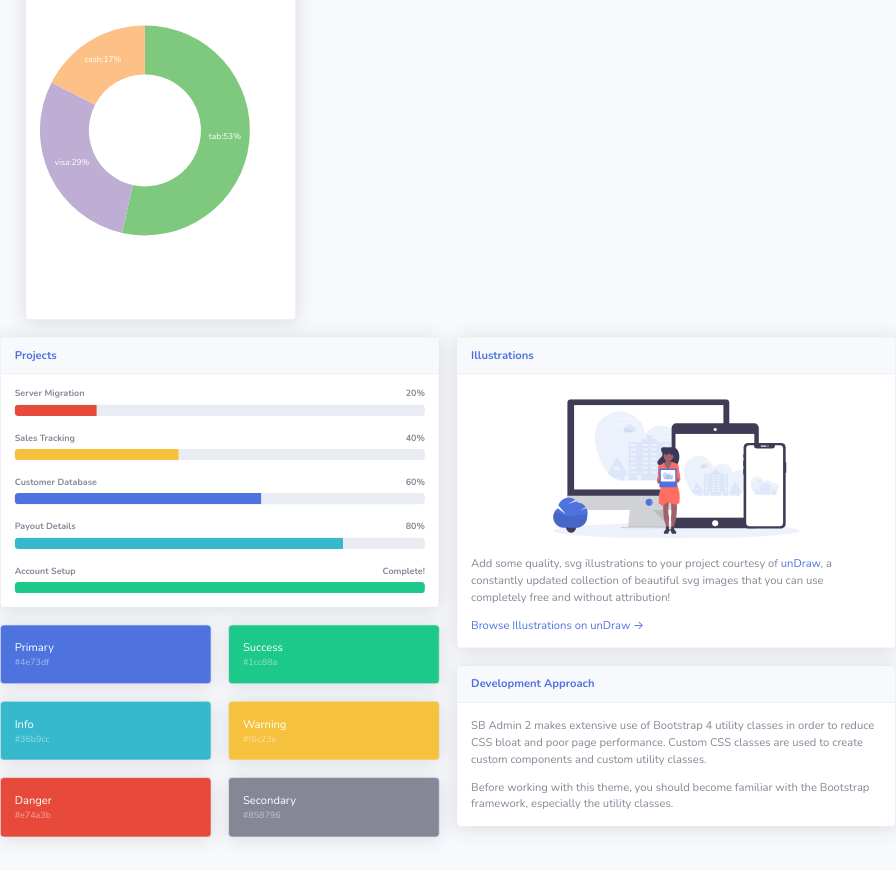
Repository: fLavery/NodeDashboard
Page: index.html
The author's editor kept a record of every edit. The page is drawn from the files as they stood at one moment, then again after the next edit.
The browser window is 1280 px wide. The pictures show the part of the page from y = 695 to 2615 px (the page is 1940 px tall before and 2615 px after), at 70% of full size.

Above is the page before.
Console error: TypeError: Cannot read properties of null (reading 'length')

After the next edit:
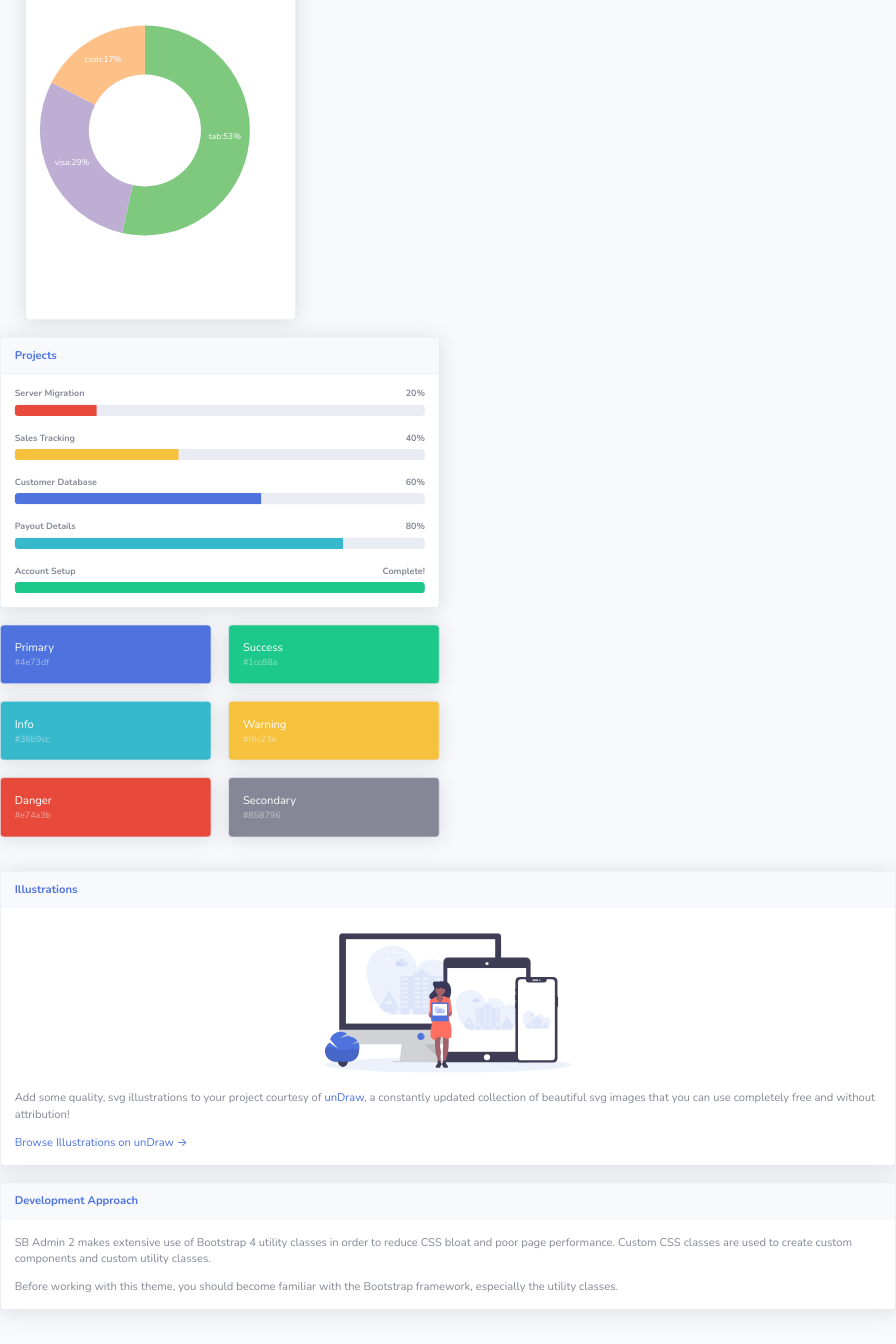
The edit:
--- a/index.html
+++ b/index.html
@@ -474,7 +474,7 @@
 
           </div>
 
-          <div class="col-lg-6 mb-4">
+          <div class="col-lg-12 mb-4">
 
             <!-- Illustrations -->
             <div class="card shadow mb-4">
